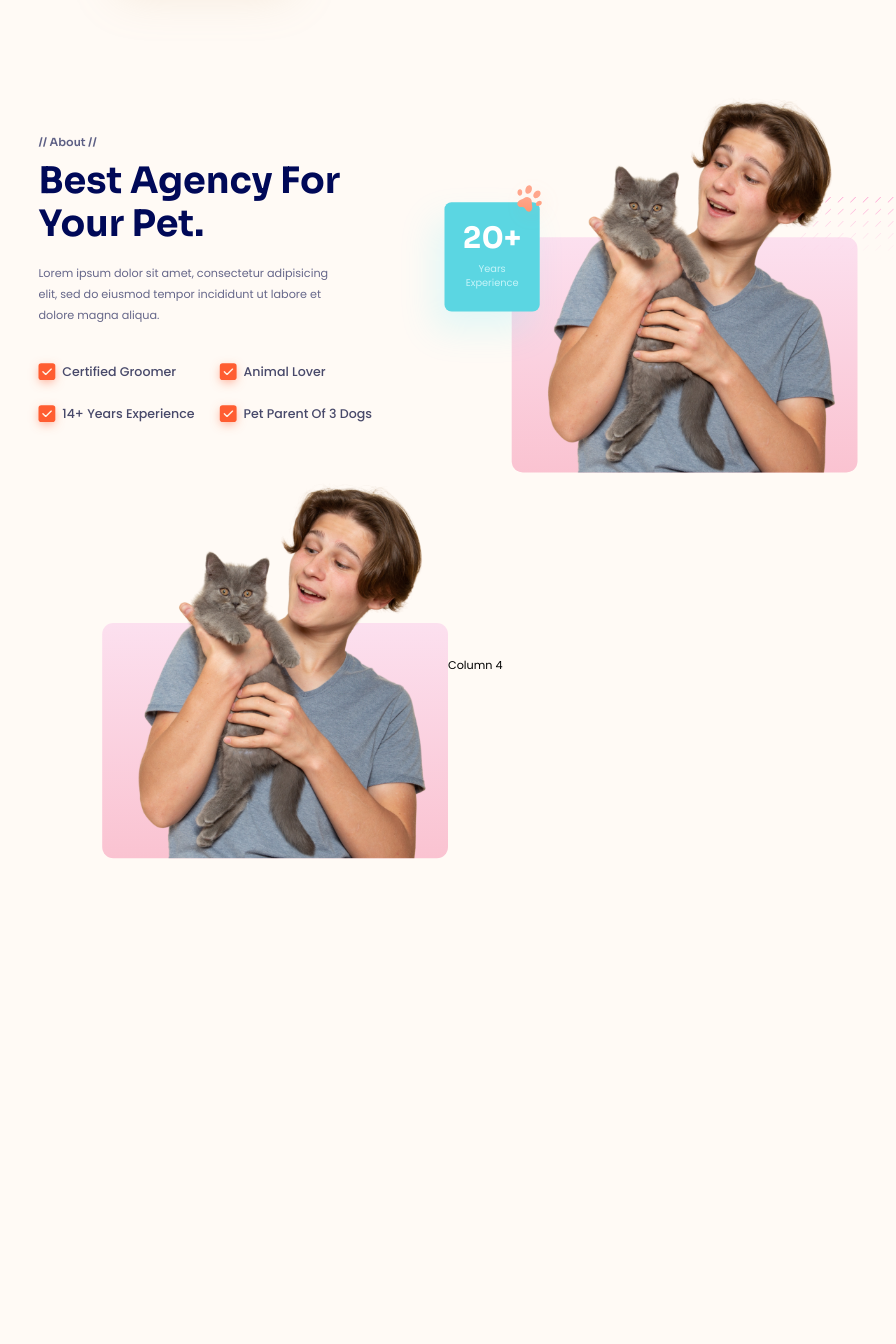
Repository: empty24062002/f8-project-05
Page: index.html
These files come from the project's save history. The page is drawn as it stood at one moment and after the next save; the edit follows.
The browser window is 1280 px wide. The pictures show the part of the page from y = 780 to 2700 px (the page is 10896 px tall), at 70% of full size.

Above is the page before, as saved 2023-09-11 10:57:13.

After the next save:
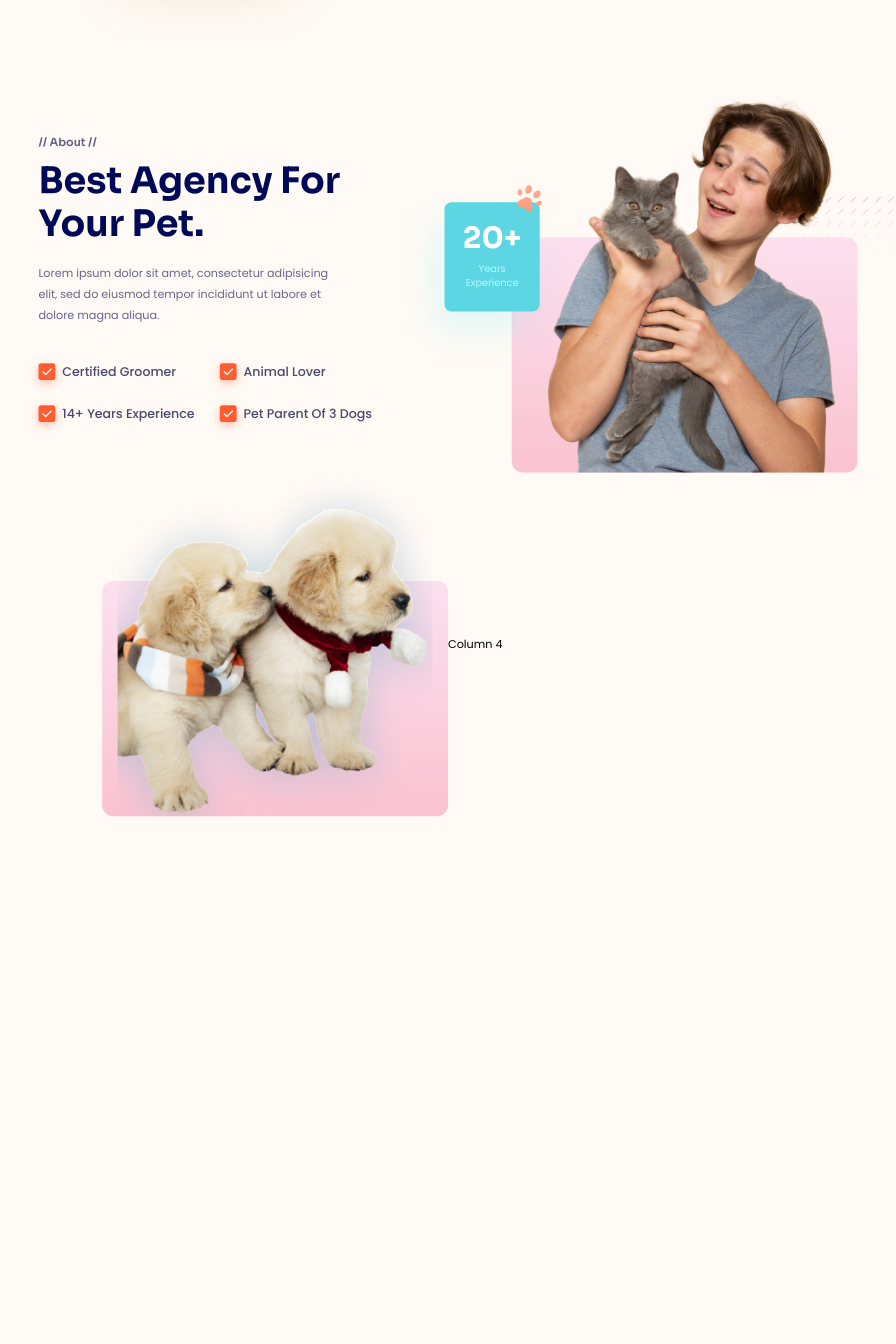
Saved 49 s later.
--- a/index.html
+++ b/index.html
@@ -308,7 +308,7 @@
                         <div class="about__media">
                             <figure class="about__img-wrap">
                                 <img
-                                    src="./assets/img/about-img1.png"
+                                    src="./assets/img/about-img2.png"
                                     alt=""
                                     class="about__img"
                                 />
